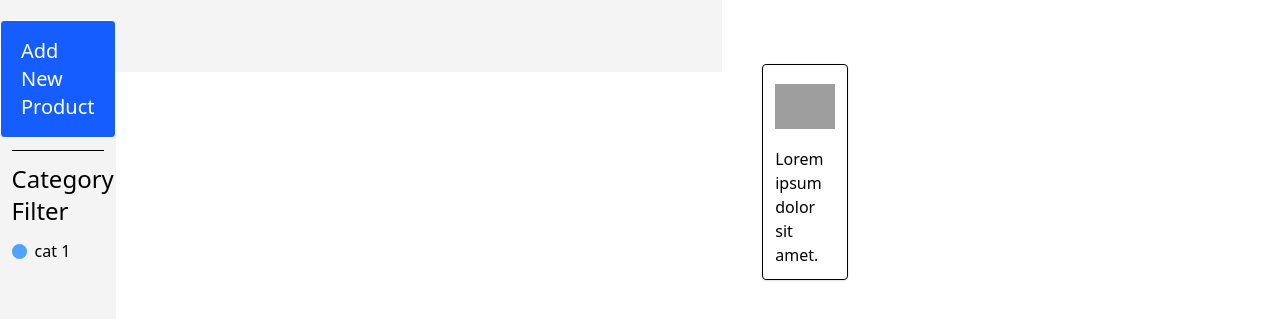
Repository: Habeebur1493/project
Page: /Home
An editor plug-in stored every save of this project. The page is shown before and after the next save, followed by the edit.
The browser window is 1280 px wide. The pictures show the whole page.
Pictures or frames that could not be fetched are drawn as grey boxes. The project was rebuilt for these pictures with package versions that can differ from the ones it lists, and the page was loaded fresh each time. Also part of the build but not shown: vite.config.js, src/Components/Login.jsx, src/Components/Details.jsx.

Above is the page before, as saved 2025-01-31 11:40:50.

### index.html
<!doctype html>
<html lang="en">
  <head>
    <meta charset="UTF-8" />
    <meta name="viewport" content="width=device-width, initial-scale=1.0" />
    <title>Project</title>
  </head>
  <body>
    <div id="root"></div>
    <script type="module" src="/src/main.jsx"></script>
  </body>
</html>

### src/main.jsx
import React from "react";
import { createRoot } from "react-dom/client";
import App from "./App.jsx";
import { BrowserRouter } from "react-router-dom";

createRoot(document.getElementById("root")).render(

    <BrowserRouter>
      <App />
    </BrowserRouter>

);

### src/App.jsx
import React from "react";
import "./App.css";
import { Route, Routes } from "react-router-dom";
import Login from "./Components/Login.jsx";
import Home from "./Components/Home.jsx";
import Details from "./Components/Details.jsx";

const App = () => {
  return (
    <div className="h-screen w-screen flex">
      <Routes>
        <Route path="/" element={<Login />} />
        <Route path="/Home" element={<Home />} />
        <Route path="/details/:id" element={<Details />} />
      </Routes>
    </div>
  );
};

export default App;

### src/Components/Home.jsx
import React from 'react'
import Nav from './Nav'
import { Link } from 'react-router-dom'



const Home = () => {
  return (
    <>
    <Nav />

    <div className='w-[85%] p-10 pt-[5%] flex flex-wrap overflow-x-hidden overflow-y-auto'>
          <Link
          to='/details/1'
            className='mr-3 mb-3 card p-3 border shadow rounded w-[18%] h-[30vh] flex-col flex
            justify-center items-center'>
            <div
               className='hover:scale-110 mb-3 w-full h-[80%] bg-contain bg-no-repeat bg-center'
               style={{
                  backgroundImage:
                      "url(https://fakestoreapi.com/img/81fPKd-2AYL._AC_SL1500_.jpg)",
               }}
            ></div>
            <h1 className="hover:text-blue-300">Lorem ipsum dolor sit amet.</h1>
        </Link>
    </div>
    </>
  )
}

export default Home

### src/Components/Nav.jsx
import React from "react";

const Nav = () => {
  return (
    <>
      <nav className="w-[15%] h-full bg-zinc-100 flex flex-col items-center pt-5">
        <a
          className="py-4 px-5 border rounded text-white text-xl bg-blue-600"
          href="/create"
        >
          Add New Product
        </a>
        <hr className="my-3 w-[80%]" />
        <h1 className="text-2xl mb-3 w-[80%]">Category Filter</h1>
        <ul className="w-[80%]">
          <li className="flex items-center mb-3">
            <span className="rounded-full mr-2 w-[15px] h-[15px] bg-blue-400"></span>
            {""}
            cat 1
          </li>
        </ul>
      </nav>

      <nav className="w-full h-[10%] bg-zinc-100 flex flex-col items-center pt-5">

      </nav>
    </>
  );
};

export default Nav;

Loaded but not shown: src/App.css (common file)

After the next save:
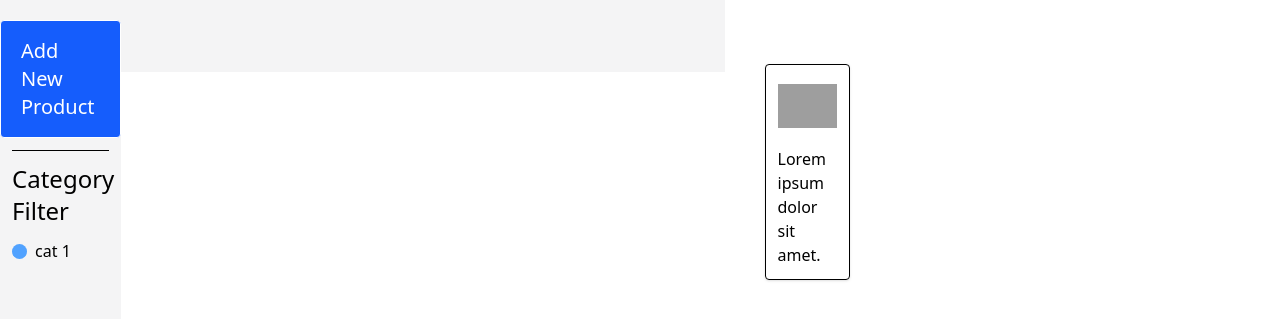
Saved 2 min 10 s later.
--- a/src/Components/Nav.jsx
+++ b/src/Components/Nav.jsx
@@ -3,7 +3,7 @@ import React from "react";
 const Nav = () => {
   return (
     <>
-      <nav className="w-[15%] h-full bg-zinc-100 flex flex-col items-center pt-5">
+      <nav className="w-[20%] h-full bg-zinc-100 flex flex-col items-center pt-5">
         <a
           className="py-4 px-5 border rounded text-white text-xl bg-blue-600"
           href="/create"
